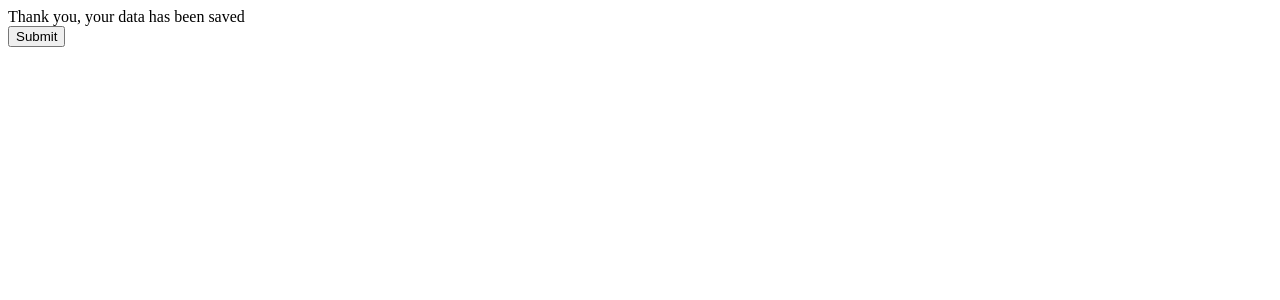
Repository: amittomar287/springbootbasics
Page: http://localhost/springJPA/ThankYou.jsp
These files come from the project's save history. The page is drawn as it stood at one moment and after a run of saves; the edit follows.
The browser window is 1280 px wide. The pictures show the whole page.
The page is served by Tomcat 9.

Above is the page before, as saved 2022-08-05 11:57:46.

After the next 2 saves:
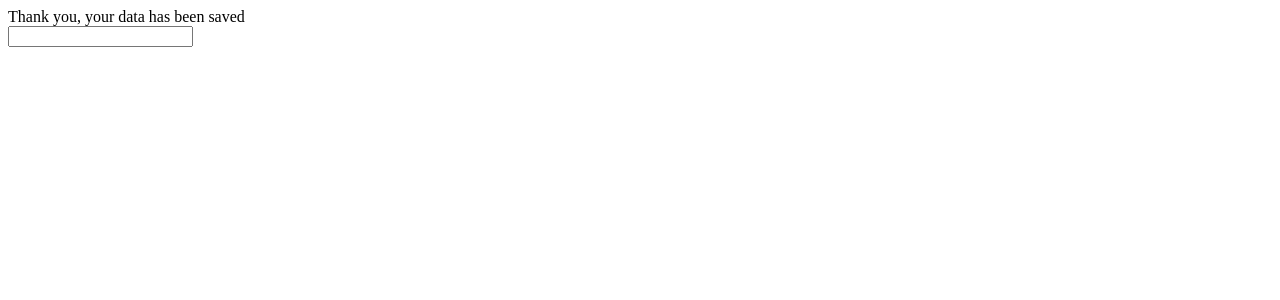
The 2 saves are shown as one change because they came seconds apart.
The last was saved 8 min 40 s later.
--- a/springJPA/src/main/webapp/ThankYou.jsp
+++ b/springJPA/src/main/webapp/ThankYou.jsp
@@ -11,7 +11,7 @@
 Thank you, your data has been saved
 
 <form action="back">
-<input type="submit" name="back"><br>
+<input type="" name="back"><br>
 </form>
 
 </body>

After the save that followed:
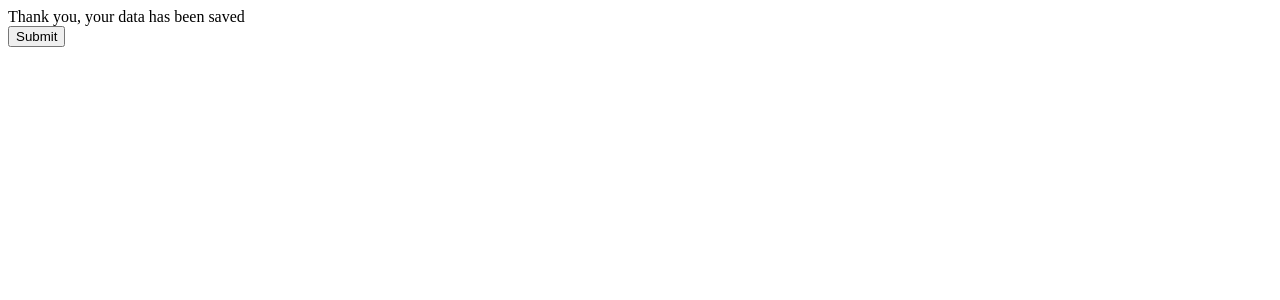
Saved 6 s later.
--- a/springJPA/src/main/webapp/ThankYou.jsp
+++ b/springJPA/src/main/webapp/ThankYou.jsp
@@ -11,7 +11,7 @@
 Thank you, your data has been saved
 
 <form action="back">
-<input type="" name="back"><br>
+<input type="submit" name="back"><br>
 </form>
 
 </body>
